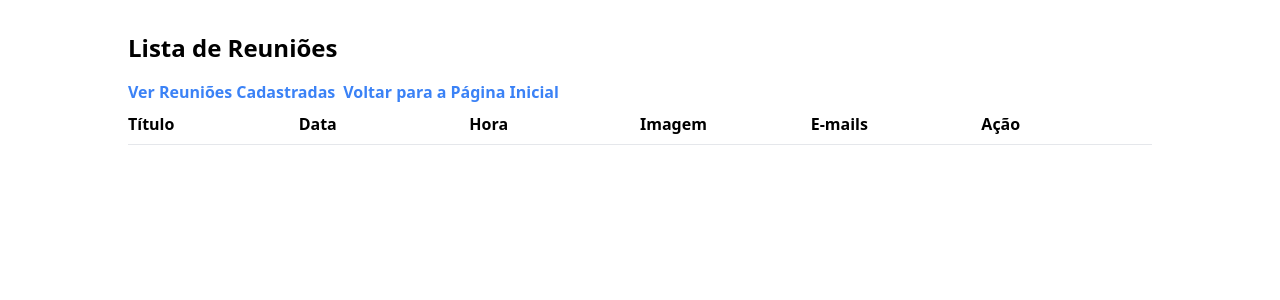
Repository: TamiBeira/meeting
Page: /meetings
The author's editor kept a copy of each file at every save. The page is drawn from the files as they stood at one save, then again after the next save.
The browser window is 1280 px wide. The pictures show the whole page.
The project was rebuilt for these pictures with package versions that can differ from the ones it lists, and the page was loaded fresh each time. Also part of the build but not shown: vite.config.ts, src/contexts/FormContext.tsx, src/components/Form.tsx, src/components/HomePage.tsx.

Above is the page before, as saved 2024-02-26 23:13:19.

### index.html
<!doctype html>
<html lang="pt">
  <head>
    <meta charset="UTF-8" />
    <meta name="viewport" content="width=device-width, initial-scale=1.0" />
    <title>Meeting</title>
  </head>
  <body>
    <div id="root"></div>
    <script type="module" src="/src/main.tsx"></script>
  </body>
</html>

### src/app.tsx
import { BrowserRouter as Router, Routes, Route } from 'react-router-dom';
import { FormProvider } from './contexts/FormContext';
import { MeetingsProvider } from './contexts/MeetingsContext';
import { Form } from './components/Form';
import { MeetingsView } from './components/MeetingsView';
import { HomePage } from './components/HomePage';

export const App = () => {
  return (
    <Router>
      <Routes>
        <Route path="/" element={<HomePage />} />
        <Route path="/form" element={<FormProvider><Form /></FormProvider>} />
        <Route path="/meetings" element={<MeetingsProvider><MeetingsView /></MeetingsProvider>} />
      </Routes>
    </Router>
  );
};

### src/contexts/MeetingsContext.tsx
import React, { createContext, useState, useEffect, useContext } from 'react';
import { toast } from 'react-toastify';

export interface Meeting {
  title: string;
  data: string;
  hora: string;
  imagem?: string; // Tornando a propriedade imagem opcional
  imagemPath?: string;
  emails: string[];
}

interface MeetingsContextType {
  meetings: Meeting[];
  editableIndex: number | null;
  editedMeeting: Meeting;
  handleEdit: (index: number) => void;
  handleSave: () => void;
  handleDelete: (index: number) => void;
  handleInputChange: (event: React.ChangeEvent<HTMLInputElement>, key: string) => void;
}

interface MeetingContextProviderProps {
  children: React.ReactNode;
}

const MeetingsContext = createContext<MeetingsContextType | undefined>(undefined);

export const useMeetingsContext = () => {
  const context = useContext(MeetingsContext);
  if (!context) {
    throw new Error('useMeetingsContext must be used within a MeetingsProvider');
  }
  return context;
};

export const MeetingsProvider: React.FC<MeetingContextProviderProps> = ({ children }) => {
  const [meetings, setMeetings] = useState<Meeting[]>([]);
  const [editableIndex, setEditableIndex] = useState<number | null>(null);
  const [editedMeeting, setEditedMeeting] = useState<Meeting>({
    title: '',
    data: '',
    hora: '',
    emails: [],
  });

  useEffect(() => {
    const storedMeetings = localStorage.getItem('meetingData');
    if (storedMeetings) {
      setMeetings(JSON.parse(storedMeetings));
    }
  }, []);

  const handleEdit = (index: number) => {
    setEditableIndex(index);
    setEditedMeeting(meetings[index]);
    toast.success('Reunião editada com sucesso!');
  };

  const handleSave = () => {
    if (editableIndex === null) return;

    const updatedMeetings = [...meetings];
    updatedMeetings[editableIndex] = editedMeeting;
    setMeetings(updatedMeetings);
    localStorage.setItem('meetingData', JSON.stringify(updatedMeetings));
    setEditableIndex(null);
    setEditedMeeting({
      title: '',
      data: '',
      hora: '',
      emails: [],
    });
    toast.success('Reunião salva com sucesso!');
  };

  const handleDelete = (index: number) => {
    const confirmDelete = window.confirm('Tem certeza que deseja excluir esta reunião?');
    if (confirmDelete) {
      const updatedMeetings = [...meetings];
      updatedMeetings.splice(index, 1);
      setMeetings(updatedMeetings);
      localStorage.setItem('meetingData', JSON.stringify(updatedMeetings));
      toast.success('Reunião excluída com sucesso!');
    }
  };

  const handleInputChange = (event: React.ChangeEvent<HTMLInputElement>, key: string) => {
    setEditedMeeting({ ...editedMeeting, [key]: event.target.value });
  };

  const contextValue: MeetingsContextType = {
    meetings,
    editableIndex,
    editedMeeting,
    handleEdit,
    handleSave,
    handleDelete,
    handleInputChange,
  };

  return (
    <MeetingsContext.Provider value={contextValue}>
      {children}
    </MeetingsContext.Provider>
  );
};

### src/components/MeetingsView.tsx
import React from 'react';
import { Link } from 'react-router-dom';
import { ToastContainer } from 'react-toastify';
import { FaEdit, FaTrash } from 'react-icons/fa';
import { useMeetingsContext } from '../contexts/MeetingsContext';

export const MeetingsView: React.FC = () => {
  const {
    meetings,
    editableIndex,
    editedMeeting,
    handleEdit,
    handleSave,
    handleDelete,
    handleInputChange,
  } = useMeetingsContext();

  return (
    <div className="max-w-5xl mx-auto mt-8 w-full">
      <h2 className="text-2xl font-bold mb-4">Lista de Reuniões</h2>
      <div className="mt-4">
        <Link to="/meetings" className="text-blue-500 font-bold mr-2">Ver Reuniões Cadastradas</Link>
        <Link to="/" className="text-blue-500 font-bold">Voltar para a Página Inicial</Link>
      </div>
      <ul>
        <li className="border-b border-gray-200 py-2 flex sm:flex-row font-semibold">
          <div className="w-1/5">Título</div>
          <div className="w-1/5">Data</div>
          <div className="w-1/5">Hora</div>
          <div className="w-1/5">Imagem</div>
          <div className="w-1/5">E-mails</div>
          <div className="w-1/5">Ação</div>
        </li>
        {meetings.map((meeting, index) => (
          <li key={index} className="border-b border-gray-200 py-4 flex flex-col sm:flex-row items-start sm:items-center">
            {editableIndex === index ? (
              <>
                <input
                  type="text"
                  value={editedMeeting.title}
                  onChange={(e) => handleInputChange(e, 'title')}
                  className="mb-2 sm:mb-0 mr-4 px-4 py-2 border rounded-md shadow-sm focus:outline-none focus:ring-blue-500 focus:border-blue-500 w-1/5"
                  placeholder="Título"
                />
                <input
                  type="date"
                  value={editedMeeting.data}
                  onChange={(e) => handleInputChange(e, 'data')}
                  className="mb-2 sm:mb-0 mr-4 px-4 py-2 border rounded-md shadow-sm focus:outline-none focus:ring-blue-500 focus:border-blue-500 w-1/5"
                />
                <input
                  type="time"
                  value={editedMeeting.hora}
                  onChange={(e) => handleInputChange(e, 'hora')}
                  className="mb-2 sm:mb-0 mr-4 px-4 py-2 border rounded-md shadow-sm focus:outline-none focus:ring-blue-500 focus:border-blue-500 w-1/5"
                />
                <input
                  type="text"
                  value={editedMeeting.imagem}
                  onChange={(e) => handleInputChange(e, 'imagem')}
                  className="mb-2 sm:mb-0 mr-4 px-4 py-2 border rounded-md shadow-sm focus:outline-none focus:ring-blue-500 focus:border-blue-500 w-1/5"
                  placeholder="URL da Imagem"
                />
                <input
                  type="text"
                  value={editedMeeting.emails.join(', ')}
                  onChange={(e) => handleInputChange(e, 'emails')}
                  className="mb-2 sm:mb-0 mr-4 px-4 py-2 border rounded-md shadow-sm focus:outline-none focus:ring-blue-500 focus:border-blue-500 w-1/5"
                  placeholder="E-mails"
                />
                <div>
                  <button
                    onClick={handleSave}
                    className="bg-green-500 hover:bg-green-700 text-white font-bold py-2 px-4 mr-2 rounded"
                  >
                    Salvar
                  </button>
                </div>
              </>
            ) : (
              <>
                <div className="w-1/5">{meeting.title}</div>
                <div className="w-1/5">{meeting.data}</div>
                <div className="w-1/5">{meeting.hora}</div>
                <div className="w-1/5">
                  <img src={meeting.imagem} alt="Imagem da reunião" width={50} height={50} className="max-w-xs mx-auto mt-2" />
                </div>
                <div className="w-1/5">{Array.isArray(meeting.emails) ? meeting.emails.join(', ') : ''}</div>
                <div className="w-1/5">
                  <button
                    onClick={() => handleEdit(index)}
                    className="text-blue-500 font-bold py-2 px-4 mr-2 rounded"
                  >
                    <FaEdit className="inline-block mr-1" />
                  </button>
                  <button
                    onClick={() => handleDelete(index)}
                    className="text-red-500 font-bold py-2 px-4 rounded"
                  >
                    <FaTrash className="inline-block mr-1" />
                  </button>
                </div>
              </>
            )}
          </li>
        ))}
      </ul>
      <ToastContainer />
    </div>
  );
};

### tailwind.config.js
/** @type {import('tailwindcss').Config} */
export default {
  content: [
    "./index.html",
    "./src/**/*.tsx",
  ],
  theme: {
    extend: {},
  },
  plugins: [],
}

Loaded but not shown: src/main.tsx (common file); src/index.css (common file)

After the next save:
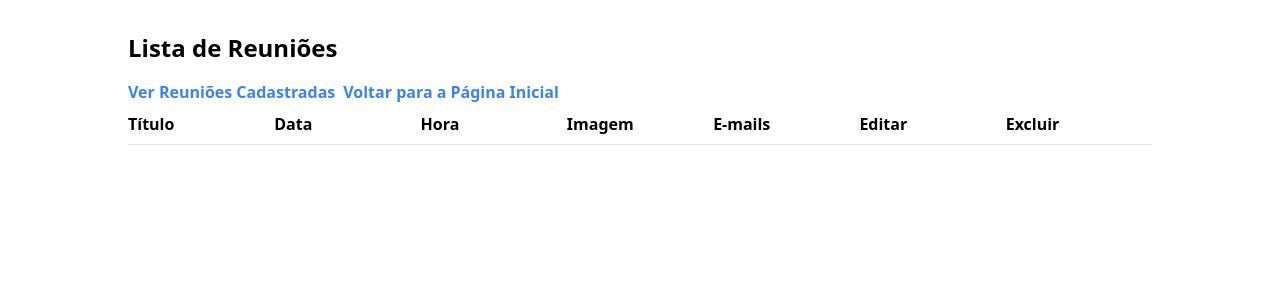
Saved 44 s later.
--- a/src/components/MeetingsView.tsx
+++ b/src/components/MeetingsView.tsx
@@ -29,7 +29,8 @@ export const MeetingsView: React.FC = () => {
           <div className="w-1/5">Hora</div>
           <div className="w-1/5">Imagem</div>
           <div className="w-1/5">E-mails</div>
-          <div className="w-1/5">Ação</div>
+          <div className="w-1/5">Editar</div>
+          <div className="w-1/5">Excluir</div>
         </li>
         {meetings.map((meeting, index) => (
           <li key={index} className="border-b border-gray-200 py-4 flex flex-col sm:flex-row items-start sm:items-center">
